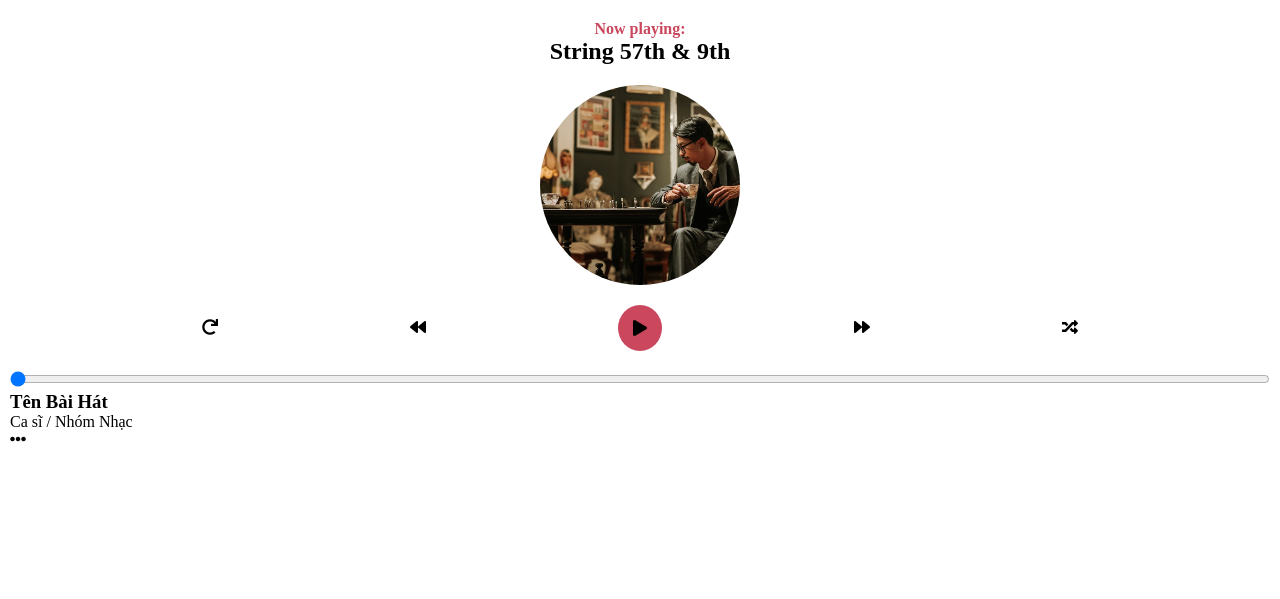
Repository: dovanthao2404/AppMusicPlayer
Page: index.html
The author's editor kept a copy of each file at every save. The page is drawn from the files as they stood at one save, then again after the next save.
The browser window is 1280 px wide. The pictures show the whole page.

Above is the page before, as saved 2021-06-28 02:23:15.

### index.html
<!DOCTYPE html>
<html lang="en">

<head>
  <meta charset="UTF-8">
  <meta http-equiv="X-UA-Compatible" content="IE=edge">
  <meta name="viewport" content="width=device-width, initial-scale=1.0">
  <title>Music</title>
  <!-- FONTAWESOME -->
  <link rel="stylesheet" href="https://cdnjs.cloudflare.com/ajax/libs/font-awesome/5.15.3/css/all.min.css"
    integrity="sha512-iBBXm8fW90+nuLcSKlbmrPcLa0OT92xO1BIsZ+ywDWZCvqsWgccV3gFoRBv0z+8dLJgyAHIhR35VZc2oM/gI1w=="
    crossorigin="anonymous" referrerpolicy="no-referrer" />
  <!-- MAIN CSS -->
  <link rel="stylesheet" href="./css/app.css">
</head>

<body>
  <div class="player">
    <div class="dashboards">
      <!-- HEADER -->
      <header>
        <h4>Now playing:</h4>
        <h2>String 57th & 9th</h2>
      </header>

      <!-- CD -->
      <div id="cd" class="cd">
        <div class="thumb">
          <img src="./img/loinho.jpg" alt="">
        </div>
      </div>

      <!-- CONTROL -->
      <div class="controls" class="controls">
        <div class="btn btn-repeat">
          <i class="fa fa-redo"></i>
        </div>
        <div class="btn btn-prev">
          <i class="fa fa-backward"></i>
        </div>
        <div class="btn btn-toggle-play">
          <i class="fa fa-play"></i>
          <i class="fa fa-pause"></i>
        </div>
        <div class="btn btn-next">
          <i class="fa fa-forward"></i>
        </div>
        <div class="btn btn-random">
          <i class="fa fa-random"></i>
        </div>
      </div>

      <!-- PROGRESS -->
      <input id="progress" class="progress" value="0" step="1" min="0" max="100" type="range">

      <!-- AUDIO -->
      <audio id="audio" src=""></audio>

      <!-- PLAY LIST -->
      <div class="playlist">
        <div class="song">
          <div class="thumb"></div>
          <div class="body">
            <h3 class="title">Tên Bài Hát</h3>
            <p class="author">Ca sĩ / Nhóm Nhạc</p>
          </div>
          <div class="option">
            <i class="fa fa-ellipsis-h"></i>
          </div>
        </div>
      </div>
    </div>
  </div>
  <script src="./js/app.js"></script>
</body>

</html>

### css/app.css
/* GLOBAL */
* {
  padding: 0;
  margin: 0;
  box-sizing: border-box;
}
/* PLAYER */
.dashboards {
  margin: 0 10px;
}
header {
  text-align: center;
  margin: 20px 0;
}
header h4 {
  color: rgb(202, 71, 93);
}
.cd {
  position: relative;
}
.thumb {
  width: 200px;
  height: 200px;
  position: absolute;
  top: 50%;
  left: 50%;
  transform: translate(-50%);
}
.thumb img {
  border-radius: 50%;
  width: 100%;
  height: 100%;
  object-fit: cover;
}
.controls {
  display: flex;
  justify-content: space-evenly;
  align-items: center;
  margin-top: 240px;
  margin-bottom: 20px;
}
.btn-toggle-play .fa {
  padding: 15px;
  border-radius: 50%;
  background-color: rgb(202, 71, 93);
}
.controls .fa-pause {
  display: none;
}
.progress {
  width: 100%;
}

Loaded but not shown: js/app.js (no stored copy; drawn as an empty file)

After the next save:
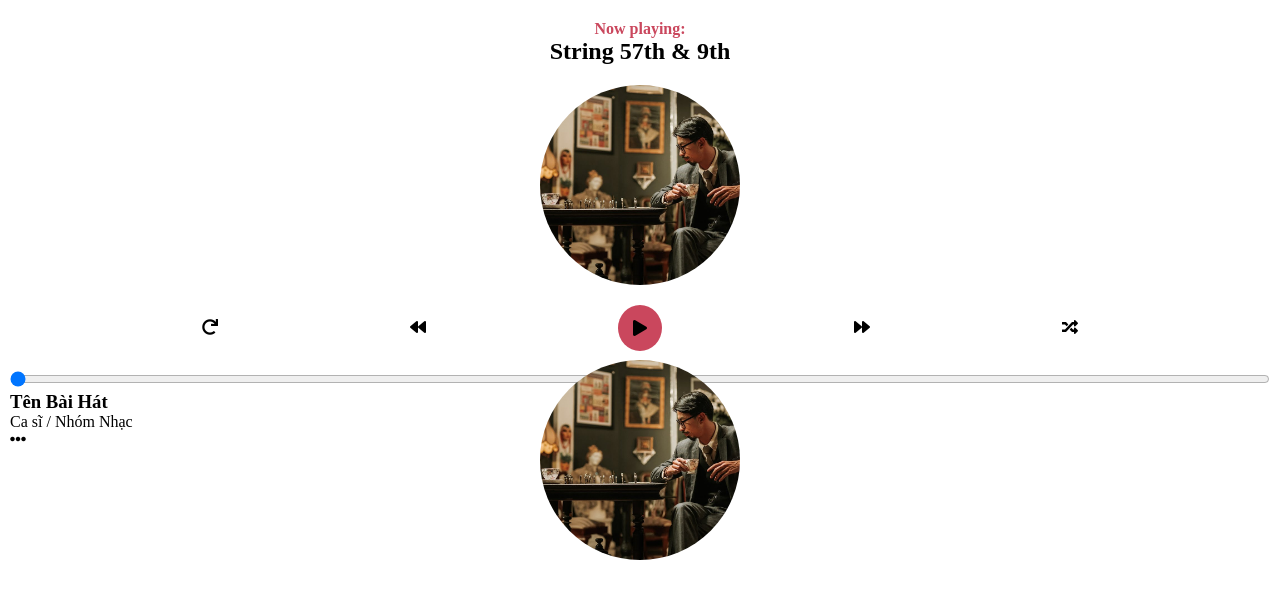
Saved 44 s later.
--- a/index.html
+++ b/index.html
@@ -59,7 +59,7 @@
       <!-- PLAY LIST -->
       <div class="playlist">
         <div class="song">
-          <div class="thumb"></div>
+          <div class="thumb"><img src="./img/loinho.jpg" alt=""></div>
           <div class="body">
             <h3 class="title">Tên Bài Hát</h3>
             <p class="author">Ca sĩ / Nhóm Nhạc</p>
